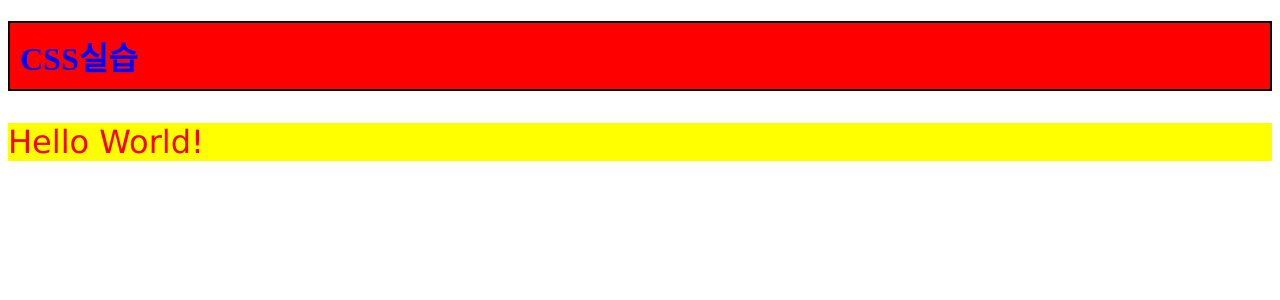
Repository: ashojm/WebWork
Page: Web/first.html
An editor plug-in stored every save of this project. The page is shown before and after the next save, followed by the edit.
The browser window is 1280 px wide. The pictures show the whole page.

Above is the page before, as saved 2015-11-12 16:13:32.

### Web/first.html
<!DOCTYPE html>
<html>
	<head>
		<meta charset="UTF-8">
		<link rel="stylesheet" href="css/base.css"/>
		<title>제목입니다.</title>
	</head>
	<body>
		<h1>CSS실습</h1>
		<p>
			Hello World!
		</p>

	</body>
</html>

### Web/css/base.css
h1{color:#0000FF;font-family:serif;font-size:200%;background-color:red;border:2px solid black;padding:10px}
p {color:red;font-size:200%;font-family:Verdana;background-color:yellow}

After the next save:
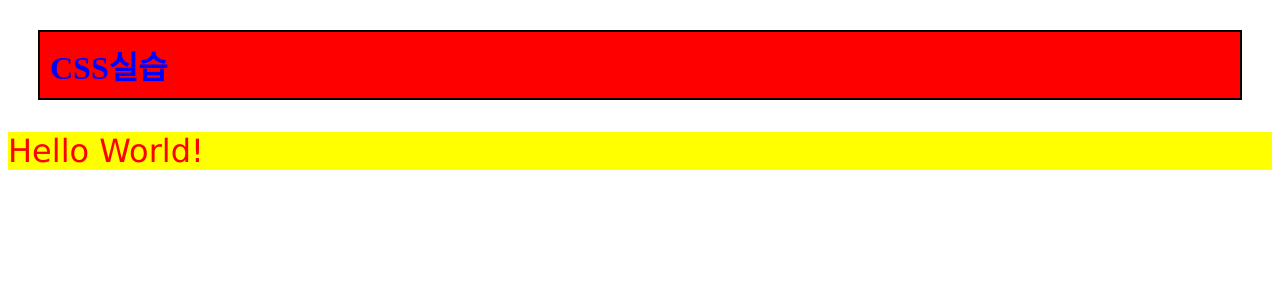
Saved 67 s later.
--- a/Web/css/base.css
+++ b/Web/css/base.css
@@ -1,2 +1,2 @@
-h1{color:#0000FF;font-family:serif;font-size:200%;background-color:red;border:2px solid black;padding:10px}
+h1{color:#0000FF;font-family:serif;font-size:200%;background-color:red;border:2px solid black;padding:10px;margin:30px}
 p {color:red;font-size:200%;font-family:Verdana;background-color:yellow}

After the save that followed:
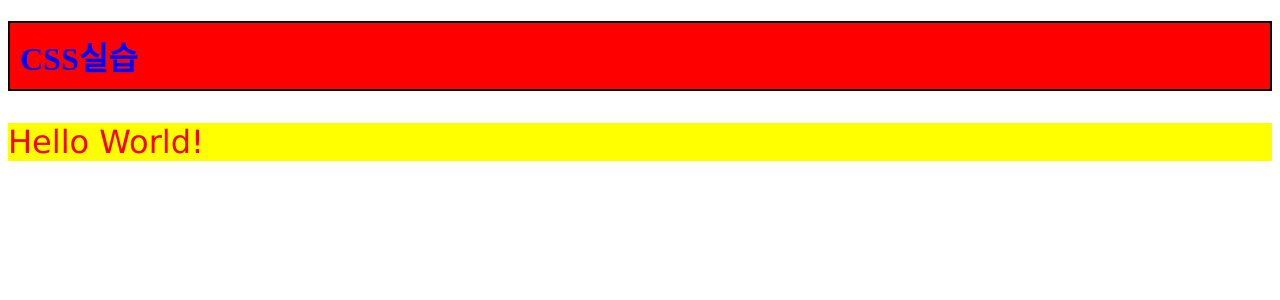
Saved 16 s later.
--- a/Web/css/base.css
+++ b/Web/css/base.css
@@ -1,2 +1,2 @@
-h1{color:#0000FF;font-family:serif;font-size:200%;background-color:red;border:2px solid black;padding:10px;margin:30px}
+h1{color:#0000FF;font-family:serif;font-size:200%;background-color:red;border:2px solid black;padding:10px}
 p {color:red;font-size:200%;font-family:Verdana;background-color:yellow}
